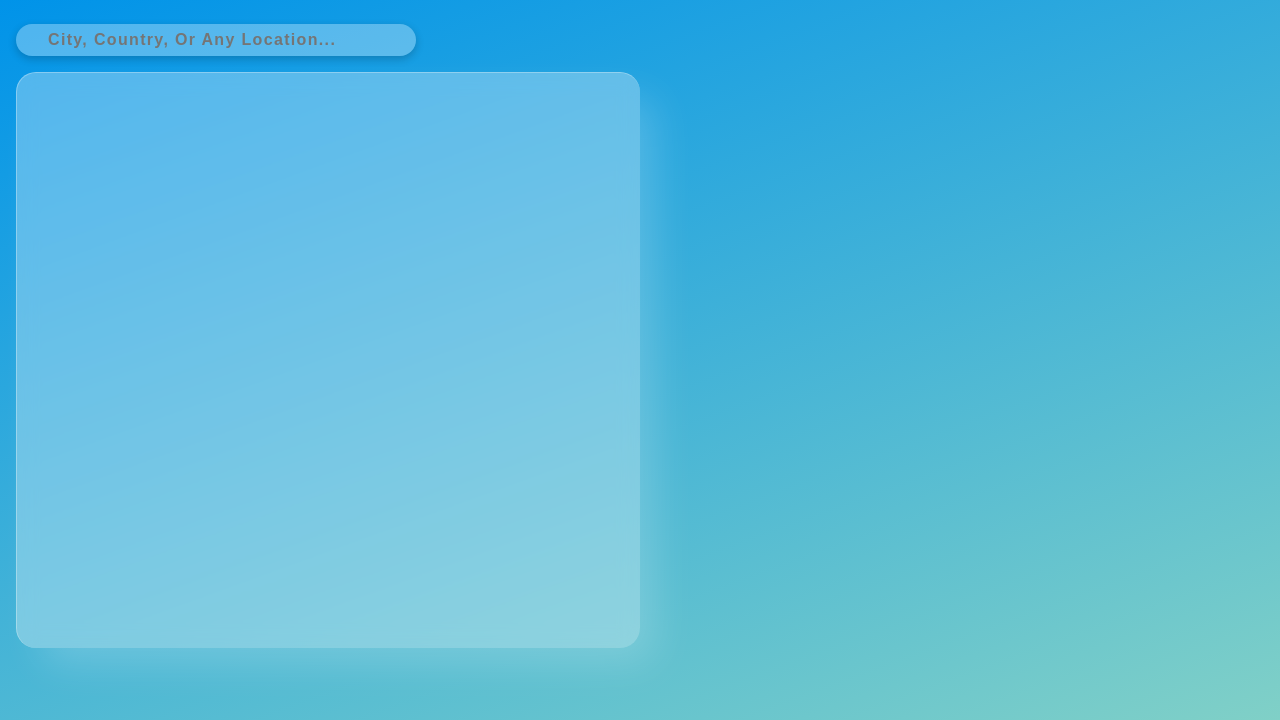
Repository: Haydenleung/weather-app-2024
Page: /
These files come from the project's save history. The page is drawn as it stood at one moment and after the next save; the edit follows.
The browser window is 1280 px wide. The pictures show the whole page.
The project was rebuilt for these pictures with package versions that can differ from the ones it lists, and the page was loaded fresh each time. The framework's server and built-in components were replaced by stand-ins that run in the browser. Also part of the build but not shown: next.config.mjs.

Above is the page before, as saved 2024-02-09 09:28:14.

After the next save:
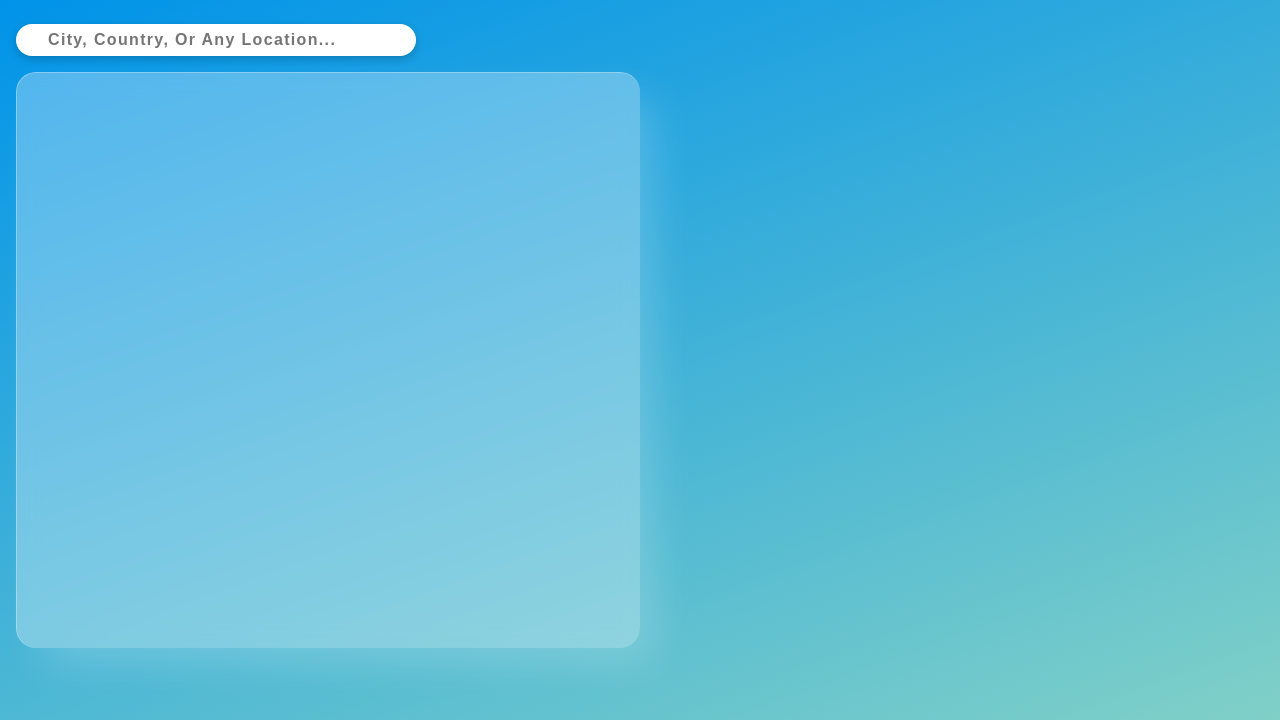
Saved 4 s later.
--- a/src/styles/globals.css
+++ b/src/styles/globals.css
@@ -45,7 +45,7 @@
   color: white;
   text-transform: capitalize;
   outline: none;
-  background: rgba(255, 255, 255, 0.3);
+  /* background: rgba(255, 255, 255, 0.3); */
 }
 
 .search:hover {

After the save that followed:
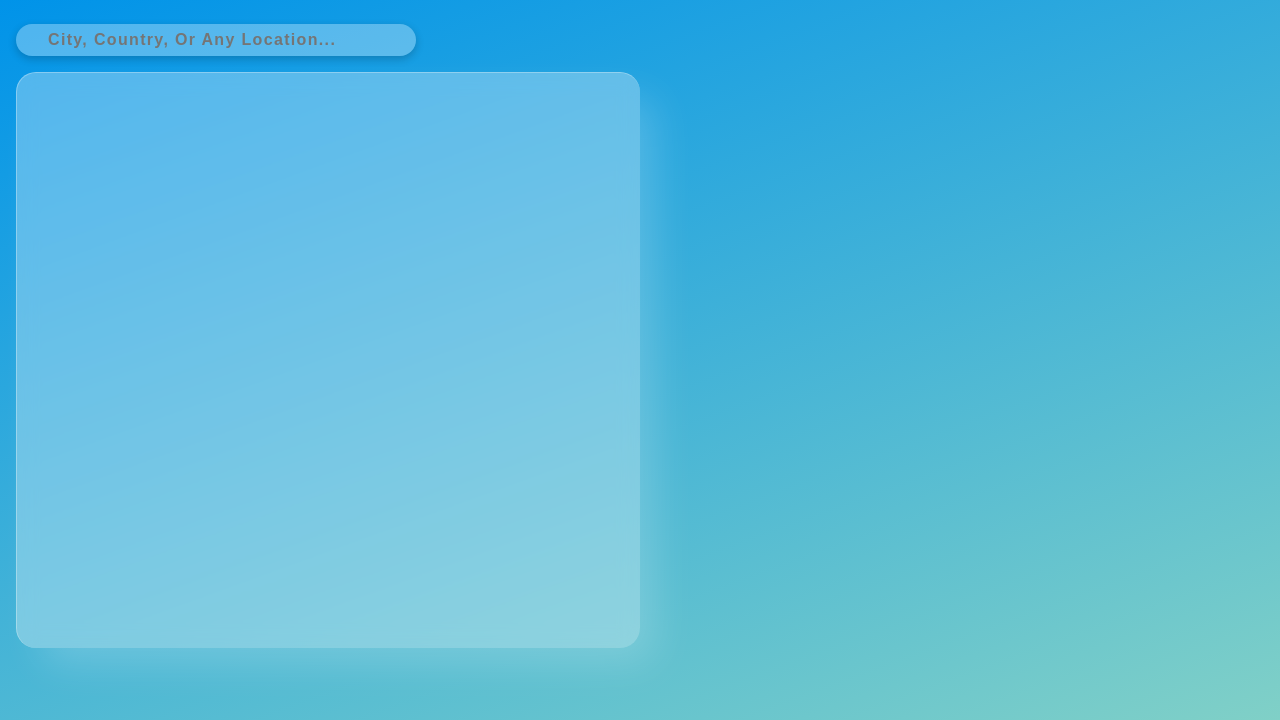
Saved 6 s later.
--- a/src/styles/globals.css
+++ b/src/styles/globals.css
@@ -45,7 +45,7 @@
   color: white;
   text-transform: capitalize;
   outline: none;
-  /* background: rgba(255, 255, 255, 0.3); */
+  background: rgba(255, 255, 255, 0.3);
 }
 
 .search:hover {
